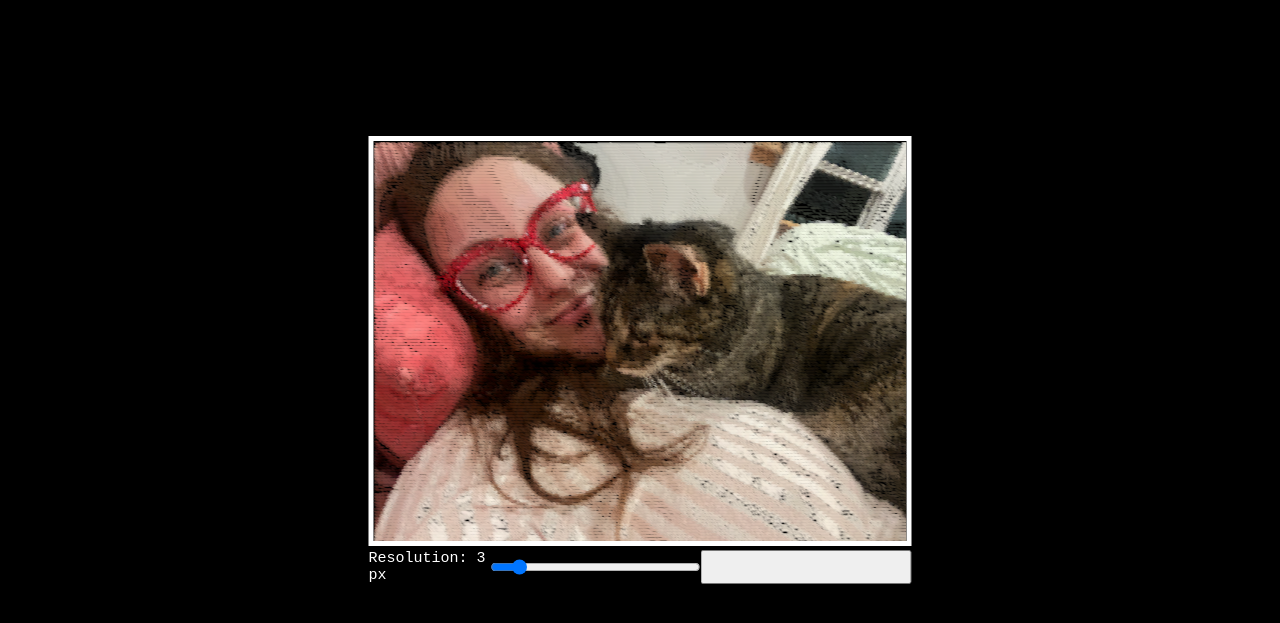
Repository: rosieomusic/ascii-art
Page: index.html
The author's editor kept a copy of each file at every save. The page is drawn from the files as they stood at one save, then again after the next save.
The browser window is 1280 px wide. The pictures show the whole page.

Above is the page before, as saved 2025-04-17 18:23:05.

After the next save:
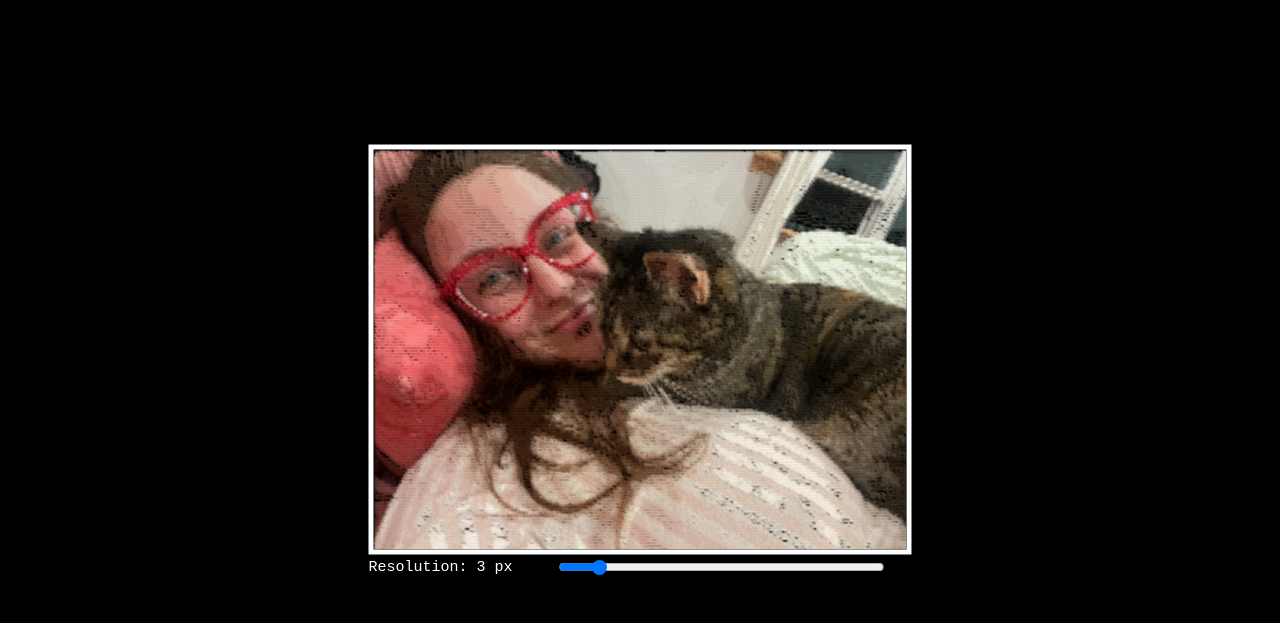
Saved 18 days later.
--- a/index.html
+++ b/index.html
@@ -29,7 +29,6 @@
 					max="20"
 					value="3"
 				/>
-				<input type="button" />
 			</div>
 		</div>
 
